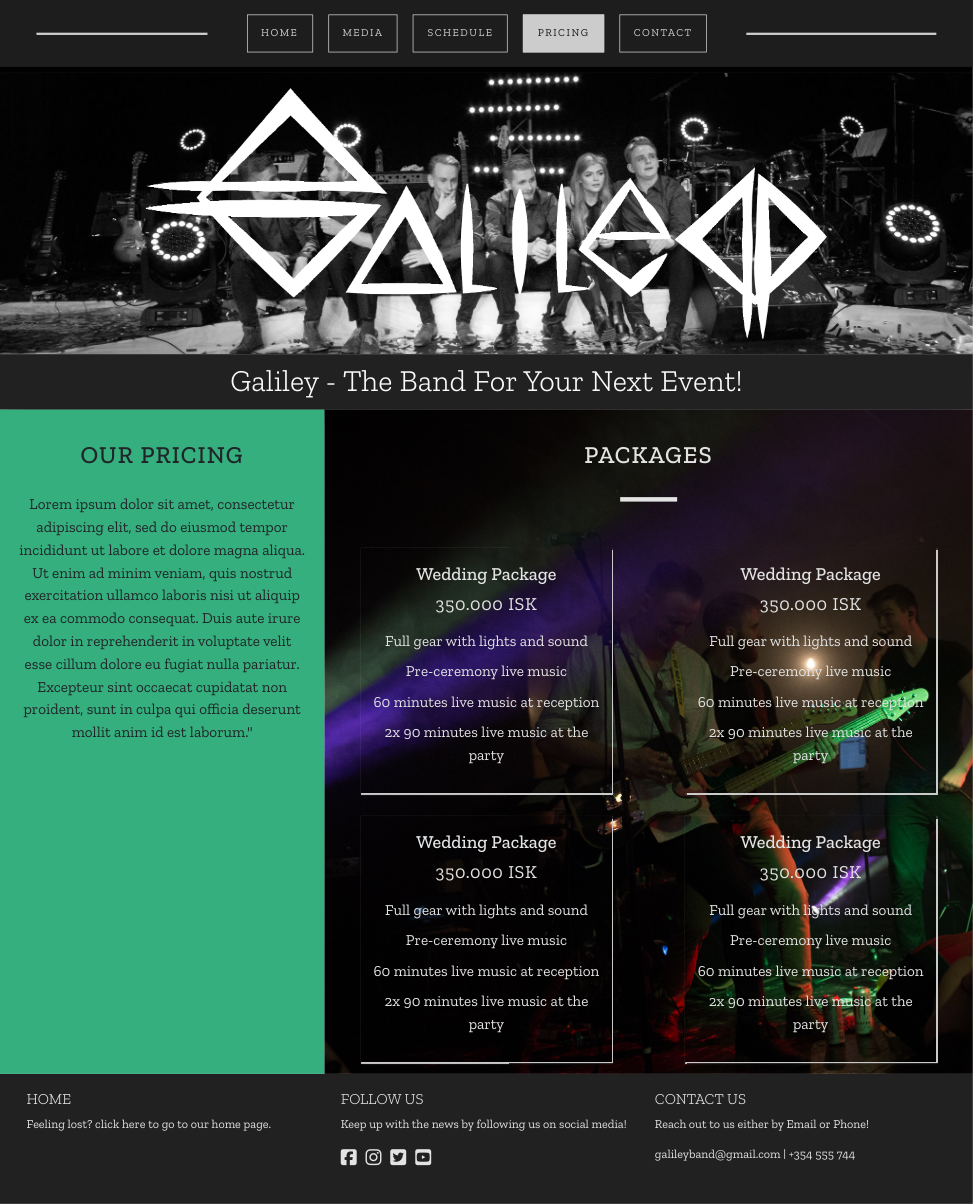
Repository: HeimirDavid/Galiley-Website
Page: pricing.html
The author's editor kept a record of every edit. The page is drawn from the files as they stood at one moment, then again after the next edit.
The browser window is 1280 px wide. The pictures show the whole page, at 76% of full size.
Some web libraries are served in a nearby version.

Above is the page before.

After the next edit:
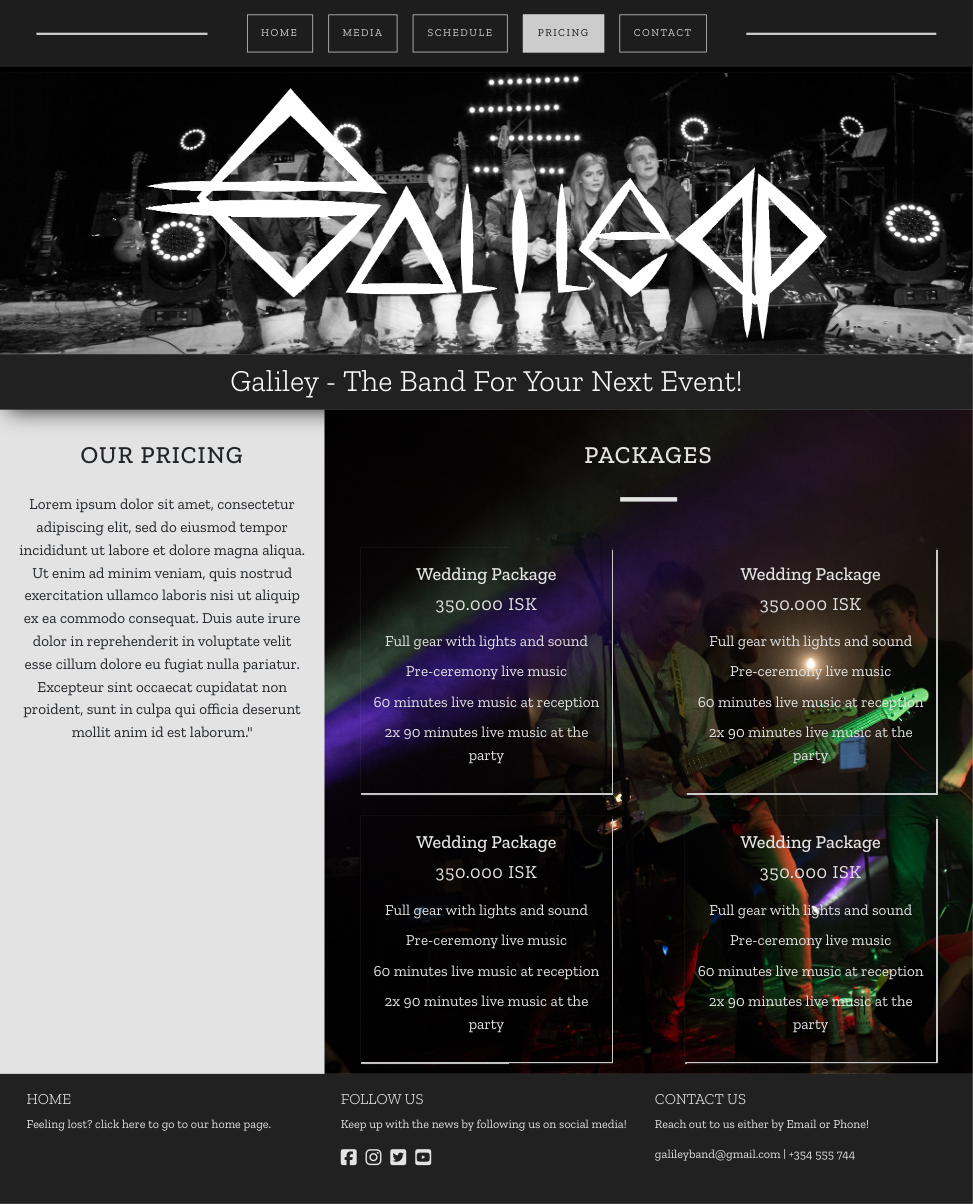
The edit:
--- a/pricing.html
+++ b/pricing.html
@@ -72,7 +72,7 @@
     <section class="container-fluid">
         <div class="row no-gutters">
             <div class="col-lg-4">
-                <div class="col-12 green-color text-center pricing-col">
+                <div class="col-12 text-center pricing-col">
                     <h2 class="header-h2 uppercase">Our Pricing</h2>
                     <p class="p-text">Lorem ipsum dolor sit amet, consectetur adipiscing elit, sed do eiusmod tempor incididunt
                     ut labore et dolore magna aliqua. Ut enim ad minim veniam, quis nostrud exercitation ullamco
